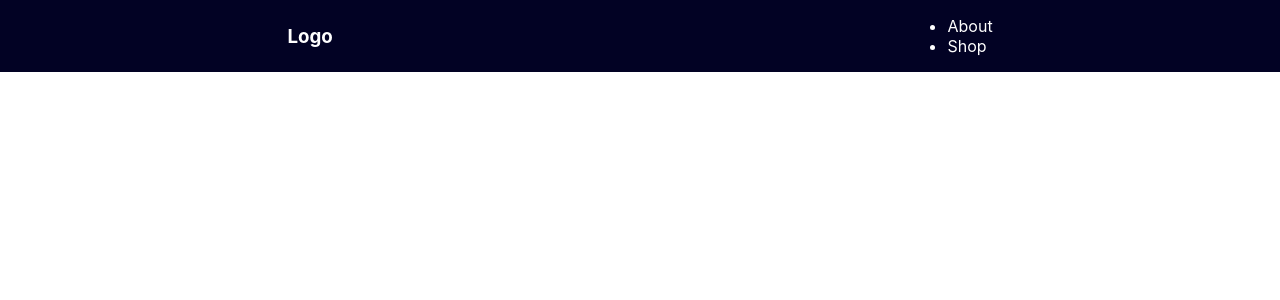
Repository: patrik-fredlund/React-router-tutorial
Page: /
These files come from the project's save history. The page is drawn as it stood at one moment and after the next save; the edit follows.
The browser window is 1280 px wide. The pictures show the whole page.
The project was rebuilt for these pictures with package versions that can differ from the ones it lists, and the page was loaded fresh each time.

Above is the page before, as saved 2021-04-02 17:08:56.

After the next save:
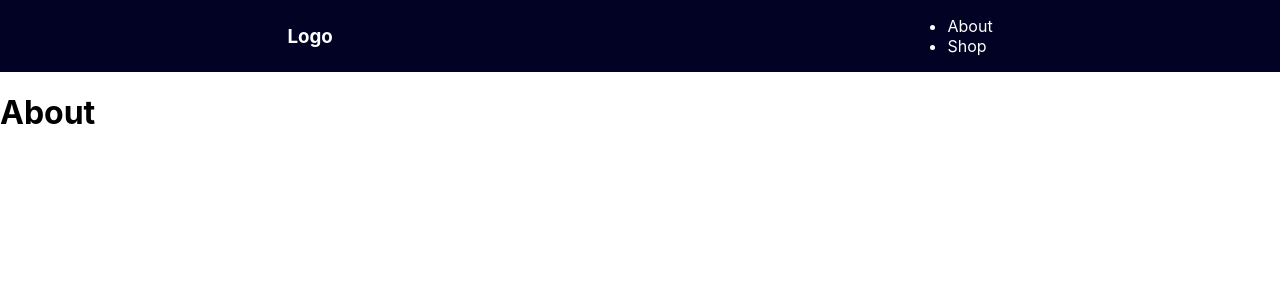
Saved 16 s later.
--- a/src/App.js
+++ b/src/App.js
@@ -8,6 +8,7 @@
   return (
     <div>
       <Nav />
+      <About />
     </div>
   );
 }
